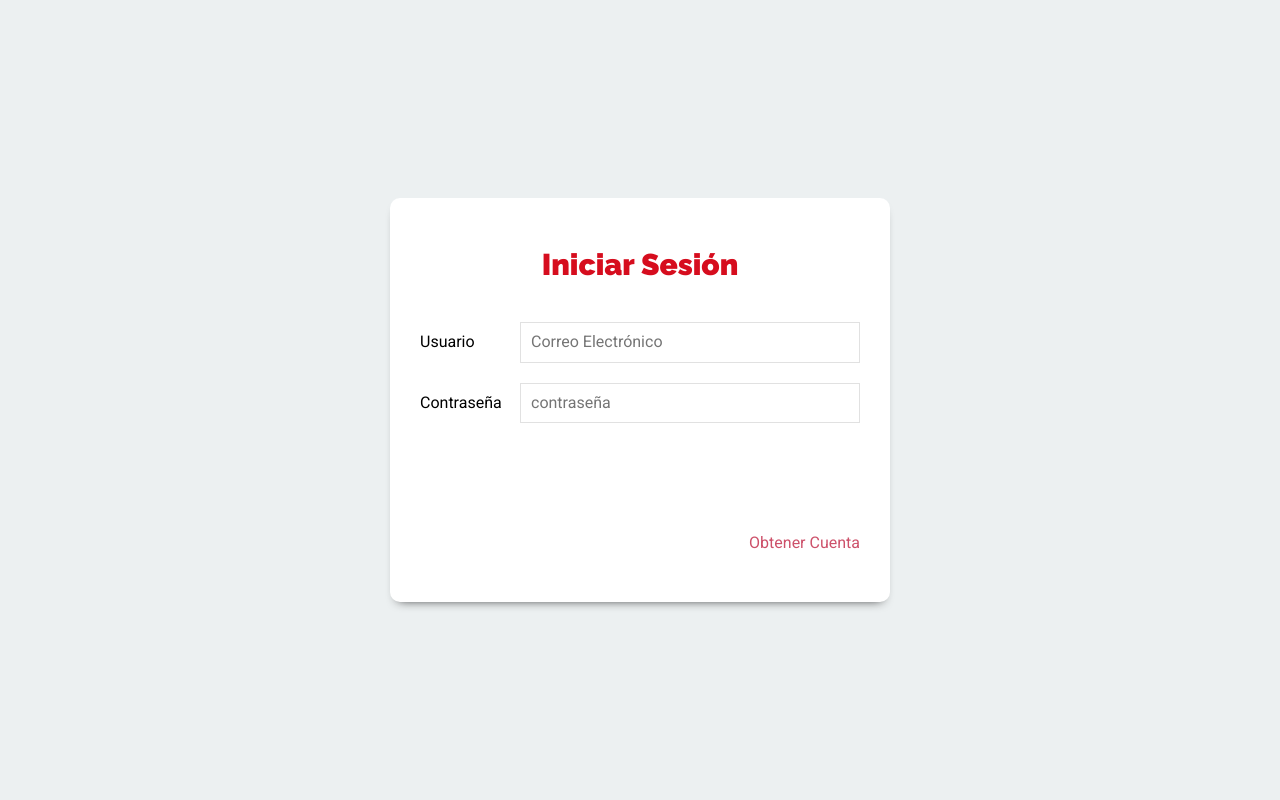
Repository: andrescovarrubias/admin-proyectos
Page: / (app in cliente/)
An editor plug-in stored every save of this project. The page is shown before and after the next save, followed by the edit.
The browser window is 1280 px wide. The pictures show the whole page.
The project was rebuilt for these pictures with package versions that can differ from the ones it lists, and the page was loaded fresh each time. Also part of the build but not shown: cliente/src/components/auth/NuevaCuenta.jsx, cliente/src/components/proyectos/NuevoProyecto.jsx, cliente/src/components/layout/SideBar.jsx, cliente/src/components/proyectos/Proyectos.jsx.

Above is the page before, as saved 2020-10-31 17:35:01.

### cliente/src/index.css
:root {
  --blanco: #ffffff;
  --blanco2: #fcf7ff;
  --blanco3: #ecf0f1;
  --azul1: #258ea6;
  --morado1: #4d376d;
  --morado2: #861657;
  --azul2: #1b065e;
  --azul3: #2e4052;
  --rojo: #d60d1e;
  --rojo2: #b8082c;
  --rojo3: #b91a2f;
  --headingFont: "Raleway", sans-serif;
  --textFont: "Roboto", sans-serif;
}
*,
*:before,
*:after {
  box-sizing: inherit;
}
html {
  box-sizing: border-box;
  height: 100%;
  font-size: 62.5%;
}
body {
  min-height: 100%;
  background-color: #ecf0f1;
  font-size: 16px;
  font-size: 1.6rem;
  font-family: var(--textFont);
}

h1,
h2 {
  font-family: var(--headingFont);
  font-weight: 900;
  margin: 0 0 4rem 0;
  text-align: center;
  color: var(--rojo);
}
h1 span {
  font-weight: 400;
}
h1 {
  font-size: 3rem;
}
h2 {
  font-size: 2.4rem;
}
ul {
  list-style: none;
  padding: 0;
  margin: 0;
}
a {
  text-decoration: none;
  color: var(--gris2);
}

/** BOTONES **/
.btn {
  margin-top: 2vh;
  font-family: var(--headingFont);
  padding: 20px;
  font-size: 14px;
  font-weight: bold;
  border-radius: 10px;
  border: none;
  transition: background-color 0.3s ease;
}
.btn:hover {
  cursor: pointer;
}
.btn-primario {
  background-color: var(--gris1);
  color: var(--blanco);
}
.btn-primario:hover {
  background: var(--gris2);
}
.btn-secundario {
  background-color: var(--rojo2);
}
.btn-block {
  display: block;
  width: 100%;
}
.btn-submit:hover {
  background-color: #b91a2f;
}
.btn-blank {
  margin: 0;
  padding: 0;
  display: block;
  background-color: transparent;
}

@media (min-width: 768px) {
  .contenedor-app {
    display: flex;
    min-height: 100vh;
  }

  aside {
    background-color: var(--blanco);
    flex: 0 0 300px;
  }
  .seccion-principal {
    flex: 1;
  }
}

/* BARRA LATERAL */
aside {
  padding: 3rem;
}

.formulario-nuevo-proyecto {
  margin-top: 6rem;
}
.formulario-nuevo-proyecto .input-text {
  border-bottom: 1px solid var(--gris2);
  border-radius: 0;
  background-color: var(--gris1);
}
.formulario-nuevo-proyecto .input-text::placeholder {
  color: var(--gris2);
}
.proyectos {
  margin-top: 5vh;
}
.listado-proyectos li {
  margin-bottom: 2rem;
}
.listado-proyectos li a {
  font-size: 1.4rem;
  color: var(--gris2);
  line-height: 1.5;
  font-weight: 300;
}
.app-header {
  display: flex;
  justify-content: space-between;
  background-color: var(--gris2);
  padding: 4rem;
}
.nombre-usuario {
  color: var(--blanco);
  font-size: 2.2rem;
  margin: 0;
}
.nombre-usuario span {
  font-weight: 900;
}
.nav-principal a {
  color: var(--blanco);
  text-decoration: none;
}
.nav-principal a:first-of-type {
  margin-right: 2rem;
}

/** Formulario crear y editar tareas **/
.formulario {
  background-color: var(--gris3);
  padding: 4rem;
}
.formulario form {
  max-width: 600px;
  margin: 0 auto;
}
.contenedor-input {
  display: flex;
}
.contenedor-input label {
  margin-bottom: 1rem;
  color: var(--blanco);
}
.input-text {
  padding: 1rem;
  border: none;
  border-radius: 0.5rem;
  flex: 1;
  width: 100%;
}

/** TAREAS LISTADO **/
.contenedor-tareas {
  padding: 4rem;
}

.listado-tareas {
  max-width: 600px;
  margin: 0 auto;
}

.tarea {
  display: flex;
  justify-content: space-between;
  background-color: var(--blanco);
  padding: 0.5rem 2rem;
  align-items: center;
  margin-bottom: 1rem;
  border-radius: 0.5rem;
}
.sombra {
  -webkit-box-shadow: 0px 4px 10px -3px rgba(117, 117, 117, 1);
  -moz-box-shadow: 0px 4px 10px -3px rgba(117, 117, 117, 1);
  box-shadow: 0px 4px 10px -3px rgba(117, 117, 117, 1);
}
.sombra-dark {
  -webkit-box-shadow: 0px 6px 11px -8px rgba(0, 0, 0, 0.9);
  -moz-box-shadow: 0px 6px 11px -8px rgba(0, 0, 0, 0.9);
  box-shadow: 0px 6px 11px -8px rgba(0, 0, 0, 0.9);
}
.tarea .acciones .btn:first-of-type {
  margin-right: 1rem;
}
.tarea p {
  font-size: 1.6rem;
  flex: 1;
  padding-right: 2rem;
}
.tarea .btn {
  padding: 0.8rem;
  font-size: 1.4rem;
  border-radius: 0;
  margin: 0;
}

.estado {
  margin-right: 1rem;
}
.estado button,
.mensaje {
  font-weight: 900;
  font-family: var(--textFont);
  font-size: 1rem;
  padding: 0.5rem;
  border-radius: 0.5rem;
  cursor: pointer;
  border: none;
}
.mensaje {
  text-align: center;
  font-size: 1.6rem;
  border-radius: 0;
}
.mensaje:hover {
  cursor: default;
}
.completo,
.correcto {
  background-color: rgba(154, 252, 154, 0.3);
  color: var(--gris3);
}
.incompleto {
  background-color: rgba(255, 178, 178, 0.4);
  color: var(--gris3);
}
.error {
  max-width: 600px;
  margin: 2rem auto 0 auto;
  background-color: rgb(170, 0, 0);
  color: var(--blanco);
}

.tarea-enter,
.proyecto-enter {
  opacity: 0;
}
.tarea-enter-active,
.proyecto-enter-active {
  opacity: 1;
  transition: opacity 200ms;
}
.tarea-exit,
.proyecto-exit {
  opacity: 1;
}
.tarea-exit-active,
.proyecto-exit-active {
  opacity: 0;
  transition: opacity 200ms;
}

.form-usuario {
  height: 100vh;
  min-height: 800px;
  display: flex;
  align-items: center;
  justify-content: center;
}

.contenedor-form {
  padding: 5rem 3rem;
  max-width: 500px;
  width: 95%;
  background-color: var(--blanco);
  border-radius: 1rem;
}
.contenedor-form h1 {
  color: var(--rojo);
}

.campo-form {
  display: flex;
  margin-bottom: 2rem;
  align-items: center;
}
.campo-form:last-of-type {
  margin: 0;
}
.campo-form label {
  flex: 0 0 100px;
  font-family: var(--textFont);
}
.campo-form input[type="password"],
.campo-form input[type="email"],
.campo-form input[type="text"] {
  border: 1px solid #e1e1e1;
  padding: 1rem;
  flex: 1;
}

.enlace-cuenta {
  margin-top: 2rem;
  display: block;
  opacity: 0.7;
  float: right;
  color: var(--rojo2);
}
.enlace-cuenta:hover {
  text-decoration: underline var(--rojo);
}

.alerta {
  position: fixed;
  top: 0;
  left: 0;
  padding: 1rem 3rem;
  border-radius: 1rem;
  font-family: var(--headingFont);
  font-weight: 600;
  text-transform: uppercase;
  font-size: 2.2rem;
  text-align: center;
  width: 100%;
}
@media (min-width: 768px) {
  .alerta {
    width: auto;
    top: 30px;
    right: 10px;
    left: auto;
  }
}

.alerta-ok {
  background-color: rgb(109, 211, 109);
  color: rgb(2, 103, 2);
}
.alerta-error {
  background-color: rgb(230, 78, 78);
  color: var(--blanco);
}

### cliente/src/App.js
import React, {Fragment, useState, useEffect, useContext} from 'react';
import Login from './components/auth/Login';
import NuevaCuenta from './components/auth/NuevaCuenta';
import Proyectos from './components/proyectos/Proyectos';

import {BrowserRouter as Router, Switch, Route} from 'react-router-dom';


function App() {
  return (
    <Router>
      <Switch>
        <Route exact path='/' component = {Login} />
        <Route exact path='/nueva-cuenta' component = {NuevaCuenta} />
        <Route exact path='/proyectos' component = {Proyectos} />
      </Switch>
    </Router>
  );
}

export default App;

### cliente/src/components/auth/Login.jsx
import React, { useState } from 'react';
import {Link} from 'react-router-dom';


const Login = () => {

     // state para iniciar sesion
     const [usuario, guardarUsuario] = useState ({
          email:'',
          password:''
     });

     // extraer el usuario
     const {email, password} = usuario;

     const onChange = e => {
          guardarUsuario({
               ...usuario,
               [e.target.name] : e.target.value
          })
     }


     // cuando el usuario quiere iniciar sesion
     const onSubmit = e => {
          e.preventDefault();

          // validar que no haya campos vacios

          // contraseña minimo de 6 caracteres

          // contraseña iguales

          // pasarlo al action

     }

     return (
          <div className="form-usuario">
               <div className="contenedor-form sombra-dark">
                    <h1>Iniciar Sesión</h1>
                    <form
                         onSubmit = {onSubmit}
                    >
                         <div className="campo-form">
                              <label htmlFor="email">Usuario</label>
                              <input
                                   type="email"
                                   id="email"
                                   name="email"
                                   placeholder="Correo Electrónico"
                                   autocomplete="off"
                                   required
                                   value={email}
                                   onChange={onChange}
                              />
                         </div>
                         <div className="campo-form">
                              <label htmlFor="password">Contraseña</label>
                              <input
                                   type="password"
                                   id="password"
                                   name="password"
                                   placeholder="contraseña"
                                   autocomplete="off"
                                   value={password}
                                   required
                                   onChange={onChange}
                              />
                         </div>

                         <div className="campo-form">
                              <input type="submit" className=" btn btn-primario btn-block" value="Iniciar Sesión"/>
                         </div>
                    </form>
                    <Link to={'/nueva-cuenta'} className="enlace-cuenta">
                         Obtener Cuenta
                    </Link>
               </div>
          </div>
      );
}

export default Login;

Loaded but not shown: cliente/public/index.html (common file); cliente/src/index.js (common file); cliente/src/reportWebVitals.js (common file)

After the next save:
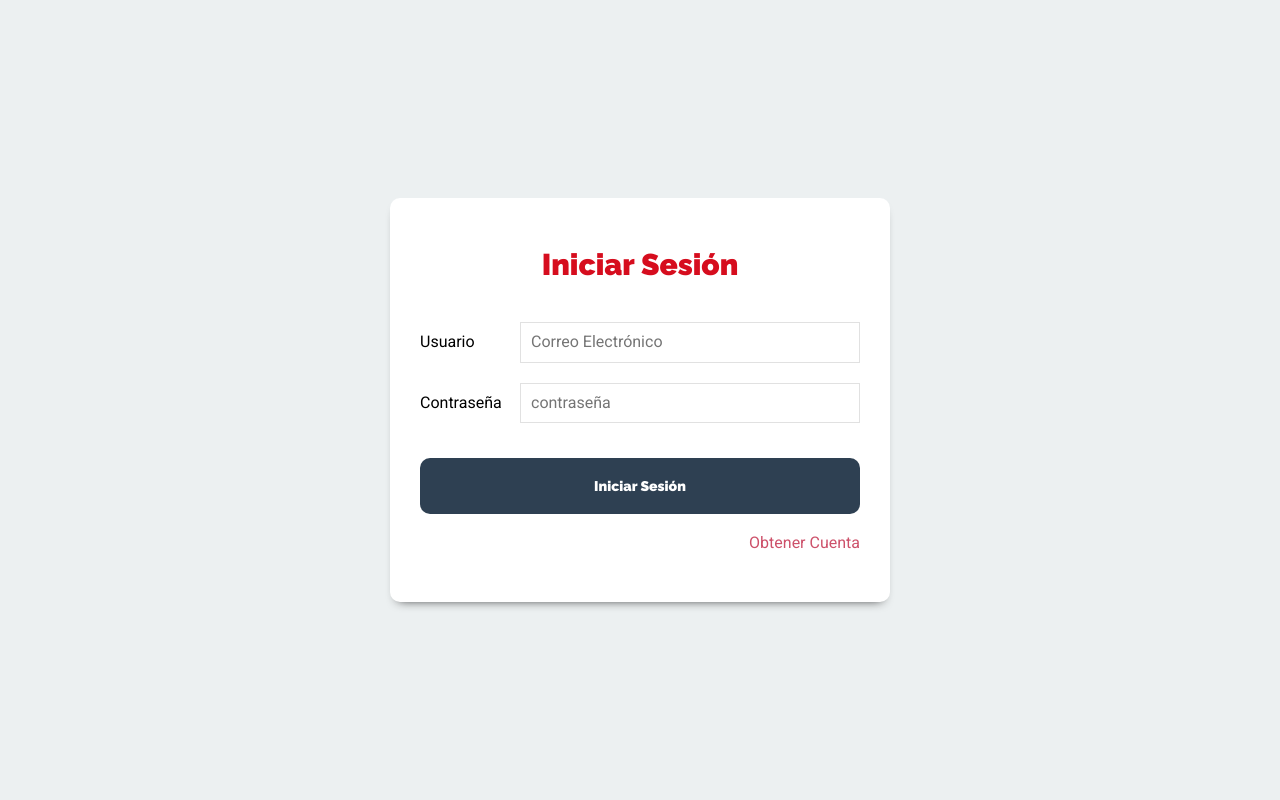
Saved 9 s later.
--- a/cliente/src/index.css
+++ b/cliente/src/index.css
@@ -73,7 +73,7 @@ a {
   cursor: pointer;
 }
 .btn-primario {
-  background-color: var(--gris1);
+  background-color: var(--azul3);
   color: var(--blanco);
 }
 .btn-primario:hover {
